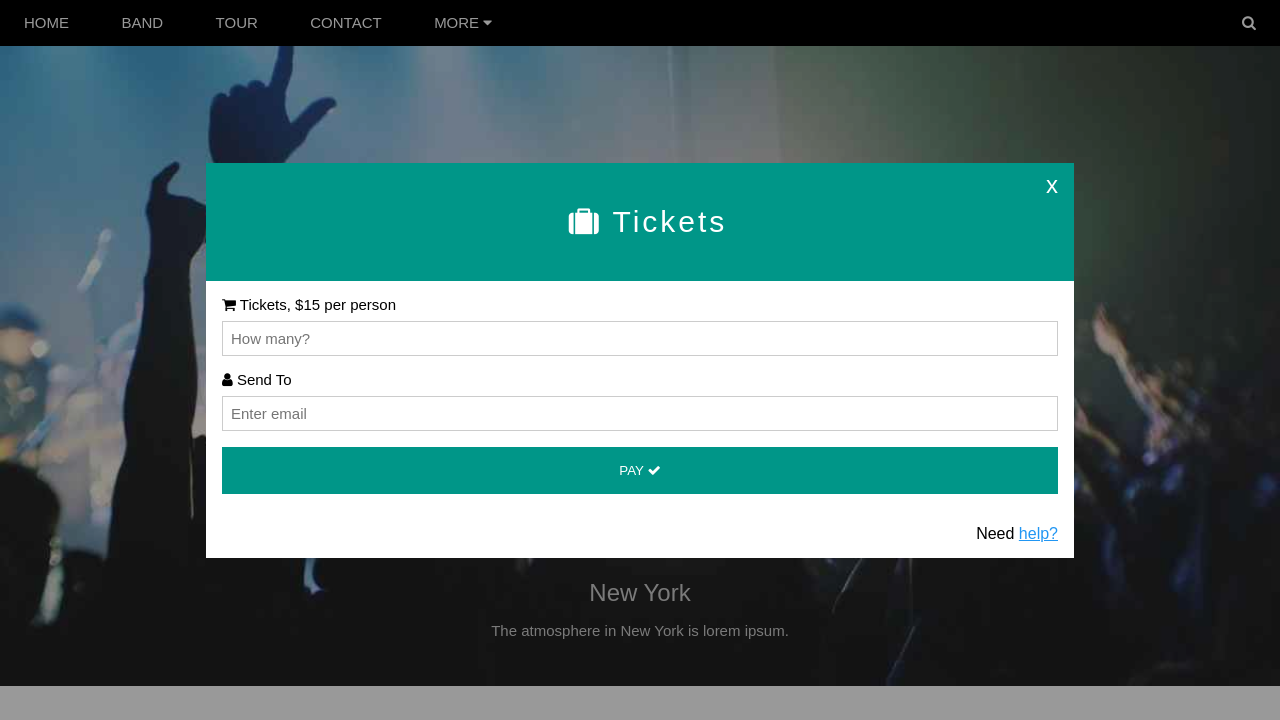
Repository: nguyenhoang2002062929/band
Page: index.html
An editor plug-in stored every save of this project. The page is shown before and after the next save, followed by the edit.
The browser window is 1280 px wide. The pictures show the window.
The pointer rests on the first visible `.modal button`.
A layer covers the whole window, so only the first screen is drawn.

Above is the page before, as saved 2023-06-06 11:08:29.

After the next save:
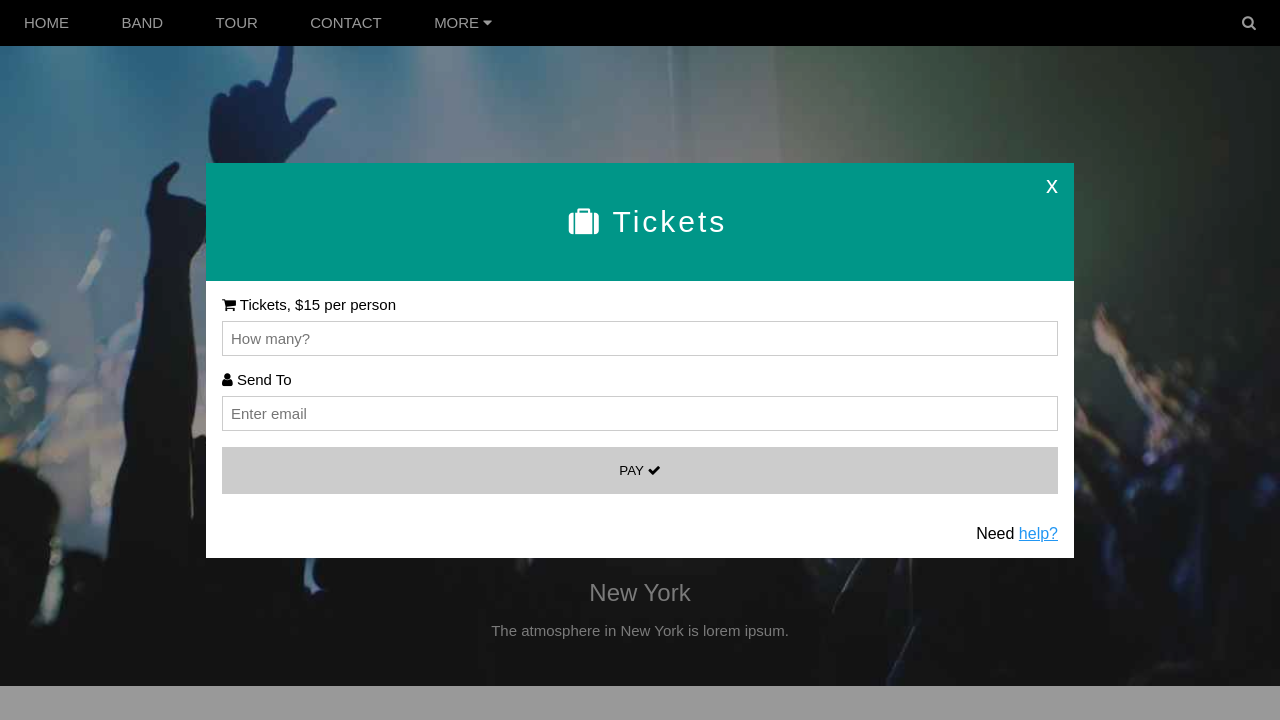
Saved 41 s later.
--- a/assets/css/style.css
+++ b/assets/css/style.css
@@ -302,8 +302,8 @@ cursor: pointer;
     color: #fff;
 }
 .modal button:hover{
-    color: #fff !important;
-    background-color: #009688;
+    color: #000;
+    background-color: #ccc;
 }
 .modal-footer p{
     float: right;
